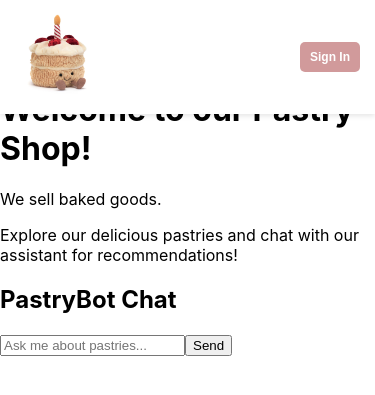
Repository: agrnerd17/Website-Chatbot
Page: / (app in pastry-chatbot/)
The author's editor kept a copy of each file at every save. The page is drawn from the files as they stood at one save, then again after the next save.
The browser window is 375 px wide. The pictures show the whole page.
The project was rebuilt for these pictures with package versions that can differ from the ones it lists, and the page was loaded fresh each time. Also part of the build but not shown: pastry-chatbot/src/styles/Chatbot.css.

Above is the page before, as saved 2024-12-08 14:15:53.

After the next save:
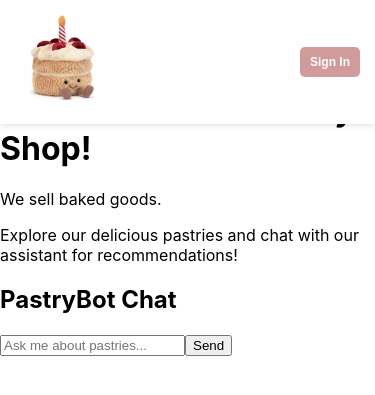
Saved 6 s later.
--- a/pastry-chatbot/src/styles/Navbar.css
+++ b/pastry-chatbot/src/styles/Navbar.css
@@ -86,6 +86,6 @@
     }
 
     .navbar-logo img {
-      height: 90px; /* Resize logo */
+      height: 100px; /* Resize logo */
     }
   }
